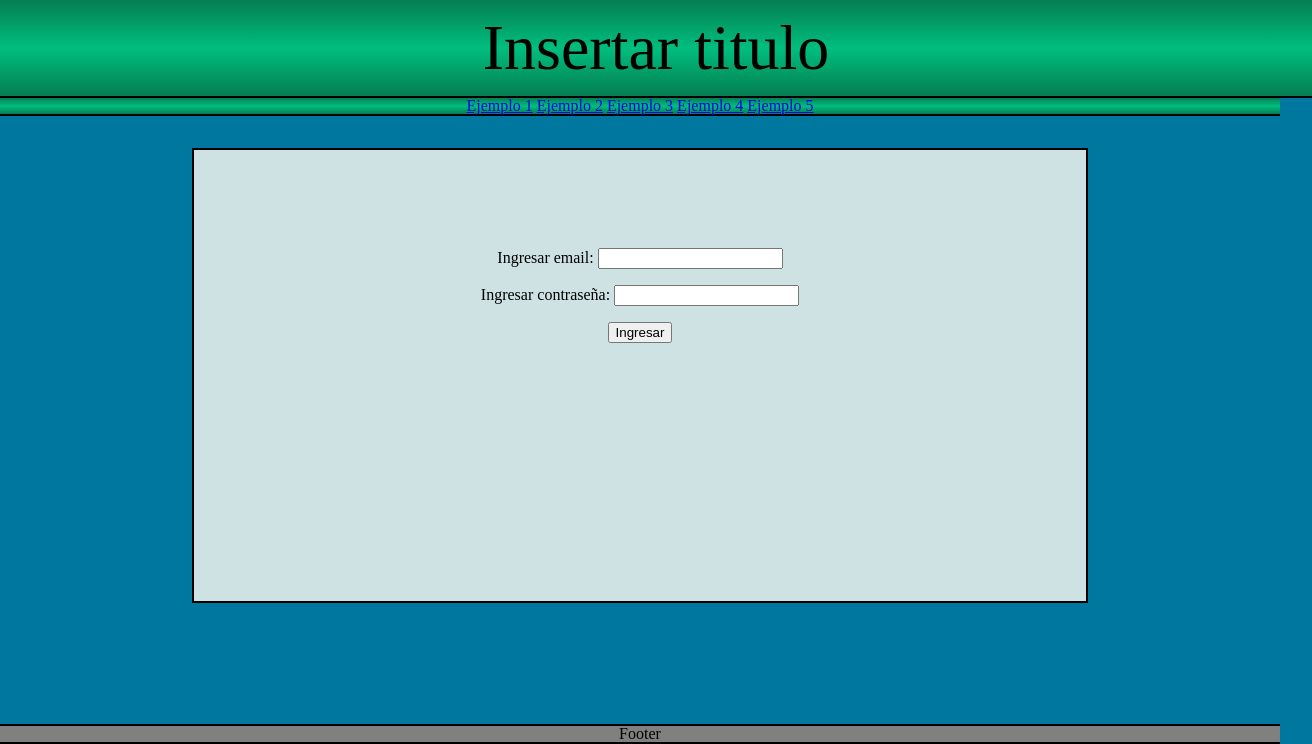
Repository: FacundoKinderknecht/Parcial-2-LPPA
Page: login/login.html
These files come from the project's save history. The page is drawn as it stood at one moment and after a run of saves; the edit follows.
The browser window is 1280 px wide. The page is 1312 px wide, so the pictures cover 1312 px, including what lies to the right of the window. The pictures show the whole page.

Above is the page before, as saved 2022-07-06 10:30:50.

### login/login.html
<!DOCTYPE html>
<html lang="en">
<head>
    <meta charset="UTF-8">
    <meta http-equiv="X-UA-Compatible" content="IE=edge">
    <meta name="viewport" content="width=device-width, initial-scale=1.0">
    <title>Document</title>
    <link rel="stylesheet" href="/reset.css">
    <link rel="stylesheet" href="/login/login.css">
    <script src="/login/login.js"></script>
</head>
<body>
    <header>
        <h1>Insertar titulo</h1>
    </header>
    <nav>
        <li>
            <a href="#">Ejemplo 1</a>
            <a href="#">Ejemplo 2</a>
            <a href="#">Ejemplo 3</a>
            <a href="#">Ejemplo 4</a>
            <a href="#">Ejemplo 5</a>
        </li>
    </nav>
    <main>
        <form>
            <div class="email">
                <label for="email">Ingresar email:</label>
                <input type="text" name="email" id="email">
            </div>
            <div class="contraseña">
                <label for="contraseña">Ingresar contraseña:</label>
                <input type="password" name="contraseña" id="contraseña">
            </div>
            <div class="boton">
                <input type="submit" value="Ingresar">
            </div>
        </form>
    </main>
    <footer>
        <p>Footer</p>
    </footer>
</body>
</html>

### login/login.css
header{
    width: 100%;
    border-bottom: black 2px solid;
    padding: 1rem;
    font-size: 400%;
    background: linear-gradient(to top, rgb(4, 126, 83), rgb(0, 190, 126), rgb(4, 126, 83));
}
nav{
    background: linear-gradient(to top, rgb(4, 126, 83), rgb(0, 190, 126), rgb(4, 126, 83));
    display: block;
    border-bottom: black 2px solid;
    text-decoration: none;
}
li{
    text-decoration: none;
    list-style: none;
    color: black;
}
body{
    background-color: rgb(0, 119, 159);
    height: 100%;
    align-items: center;
    text-align: center;
    margin: 0;
}
main{
    display: inline-block;
    width: 70%;
    padding: 2rem;
    height: 34rem;
}
form{
    background-color: rgb(207, 226, 227);  border: black solid 2px;
    padding: 10%;
    height: 50%;
}
div{
    padding: 0.5rem;
}
footer{
    border-top: 2px solid black;
    border-bottom: 2px solid black;
    background-color: grey;
    bottom: 0;
    width: 100%;
}

Loaded but not shown: reset.css (common file); login/login.js (no stored copy; drawn as an empty file)

After the next 2 saves:
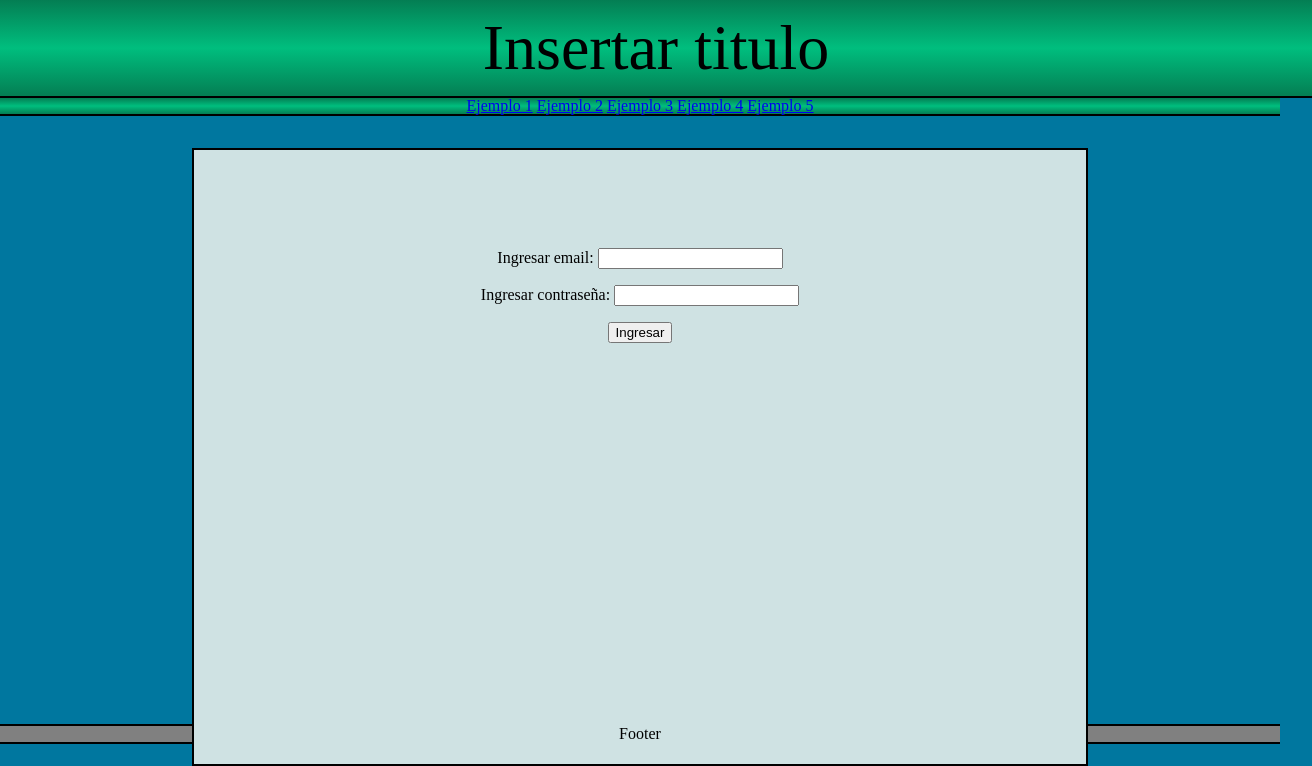
The 2 saves are shown as one change because they came seconds apart.
The last was saved 5 s later.
--- a/login/login.css
+++ b/login/login.css
@@ -32,7 +32,7 @@ main{
 form{
     background-color: rgb(207, 226, 227);  border: black solid 2px;
     padding: 10%;
-    height: 50%;
+    height: 80%;
 }
 div{
     padding: 0.5rem;
